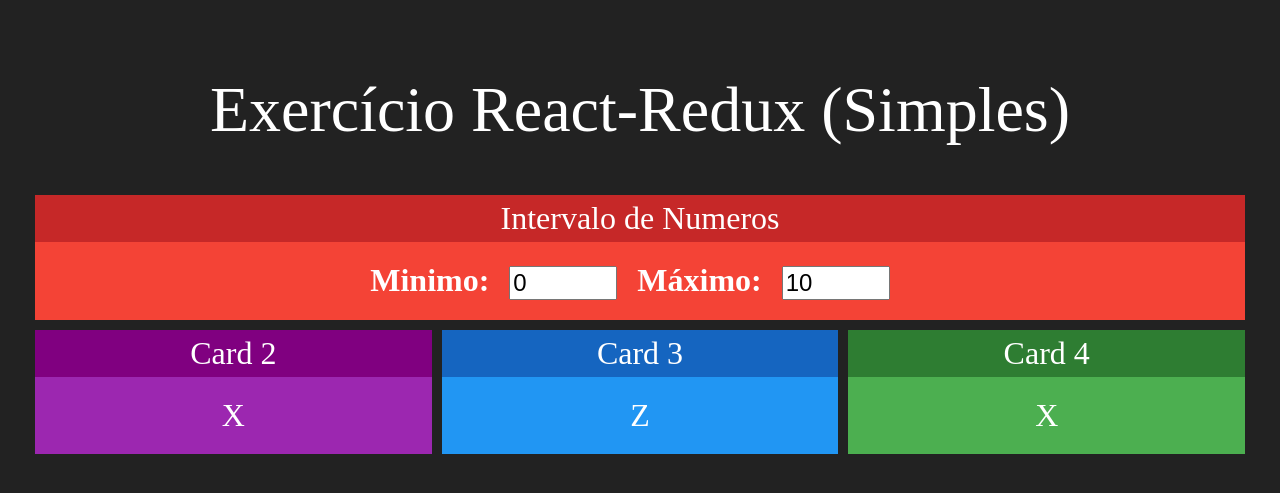
Repository: eversonps/redux-simples
Page: /
The author's editor kept a copy of each file at every save. The page is drawn from the files as they stood at one save, then again after the next save.
The browser window is 1280 px wide. The pictures show the whole page.
The project was rebuilt for these pictures with package versions that can differ from the ones it lists, and the page was loaded fresh each time.

Above is the page before, as saved 2022-03-11 13:07:42.

After the next save:
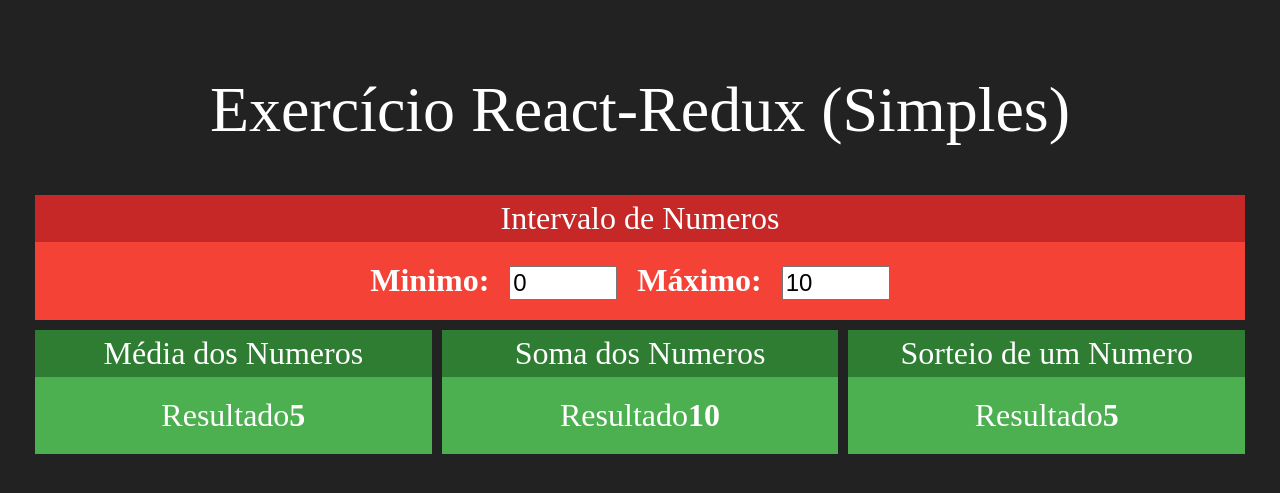
Saved 62 s later.
--- a/src/App.js
+++ b/src/App.js
@@ -15,9 +15,9 @@ function App() {
         <Intervalo title="Card 1" red>X</Intervalo>
       </div>
       <div className='linha'>
-        <Card title="Card 2" purple>X</Card>
-        <Card title="Card 3" blue>Z</Card>
-        <Card title="Card 4" green>X</Card>
+        <Media></Media>
+        <Soma></Soma>
+        <Sorteio></Sorteio>
       </div>
     </div>
   );
